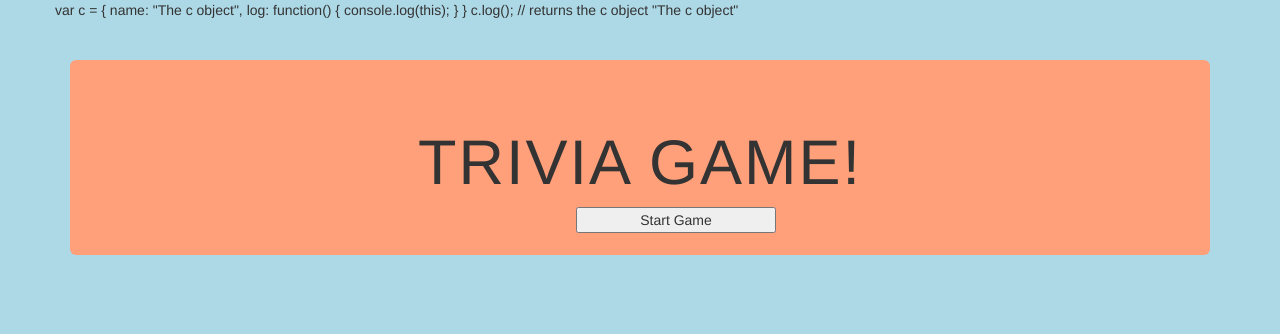
Repository: phiniezyc/TriviaGame
Page: index.html
These files come from the project's save history. The page is drawn as it stood at one moment and after a run of saves; the edit follows.
The browser window is 1280 px wide. The pictures show the whole page.
Some web libraries are served in a nearby version.

Above is the page before, as saved 2017-09-14 00:31:39.

After the next 3 saves:
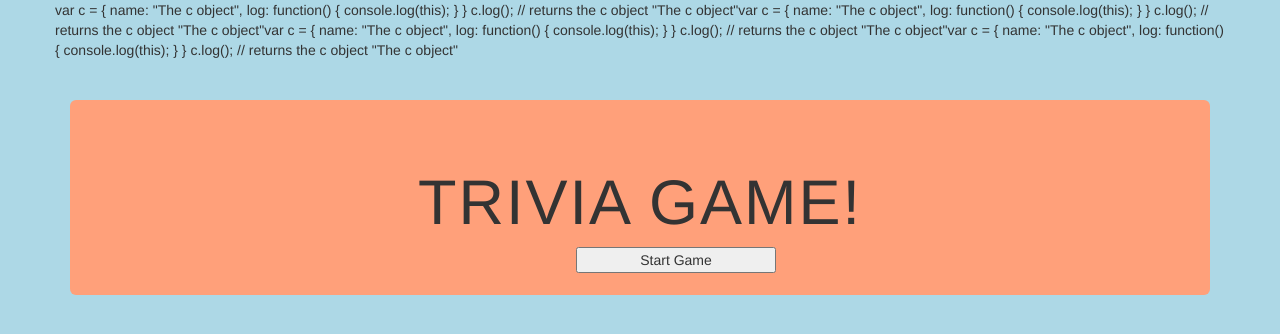
The 3 saves are shown as one change because they came seconds apart.
The last was saved 9 s later.
--- a/index.html
+++ b/index.html
@@ -13,6 +13,24 @@
 <div class="container">
 <div class="row">
     var c = {
+        name: "The c object",
+         log: function() {
+             console.log(this);
+         }
+     }
+     c.log();    // returns the c object "The c object"var c = {
+        name: "The c object",
+         log: function() {
+             console.log(this);
+         }
+     }
+     c.log();    // returns the c object "The c object"var c = {
+        name: "The c object",
+         log: function() {
+             console.log(this);
+         }
+     }
+     c.log();    // returns the c object "The c object"var c = {
         name: "The c object",
          log: function() {
              console.log(this);
